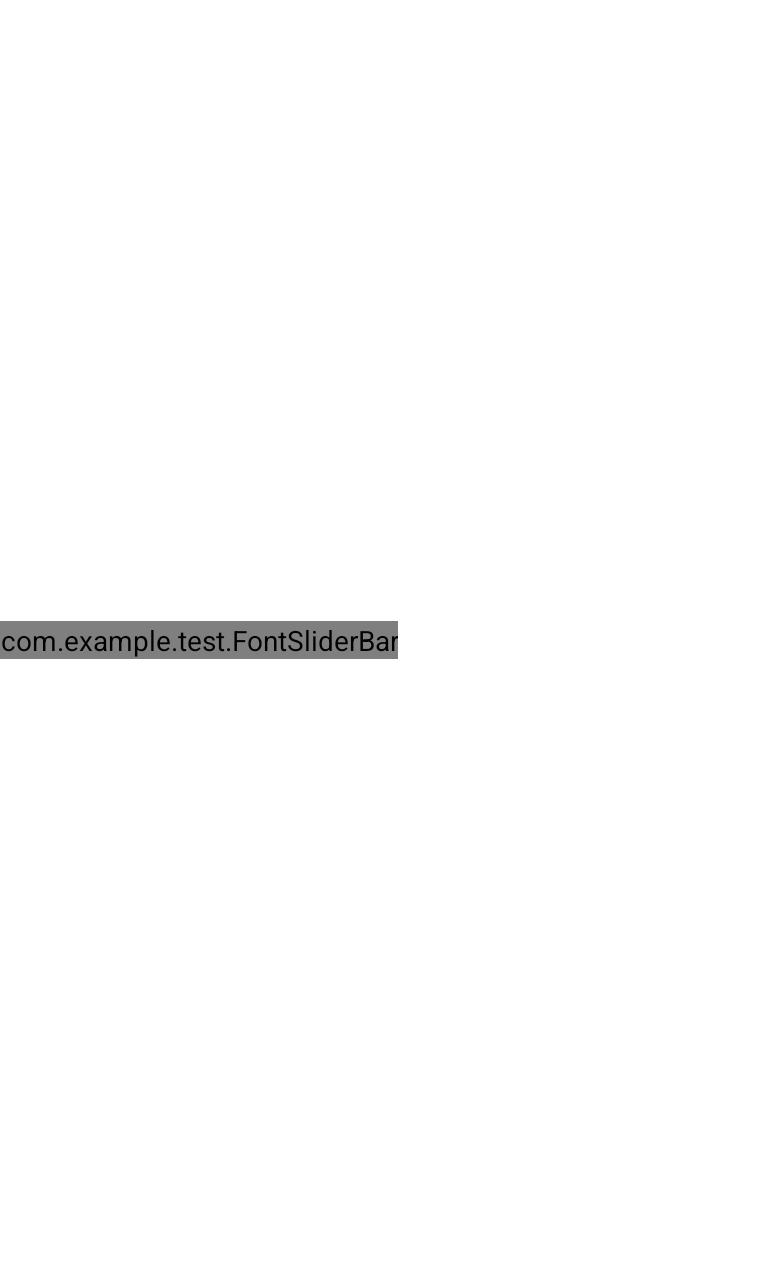
Repository: MichaelChansn/HostAndSlave
Layout: Test/res/layout/activity_main.xml
An editor plug-in stored every save of this project. The layout is shown before and after the next save, followed by the edit.
Pictures or frames that could not be fetched are drawn as grey boxes. It is drawn on a 768 x 1280 px phone screen (xhdpi) without system bars, with theme AppTheme; the app's code is not run.

Above is the layout before, as saved 2016-08-22 08:43:30.

After the next save:
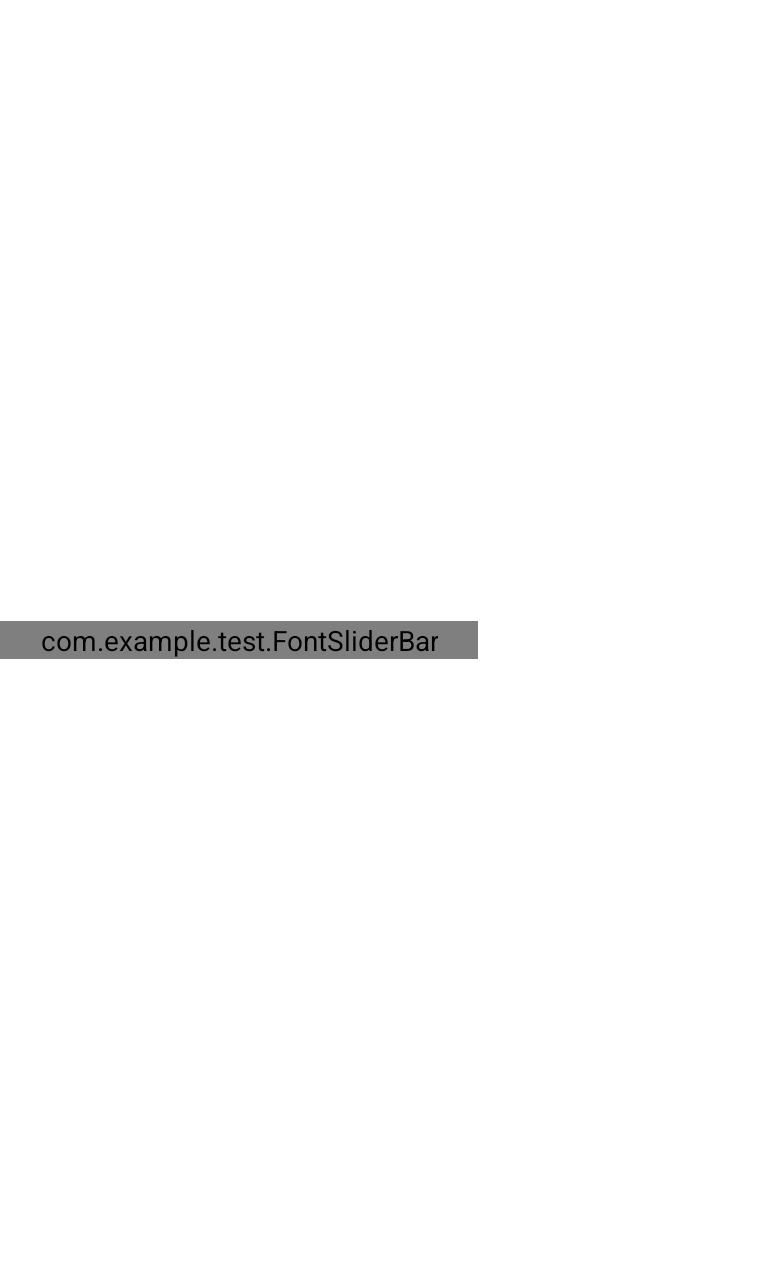
Saved 53 s later.
--- a/Test/res/layout/activity_main.xml
+++ b/Test/res/layout/activity_main.xml
@@ -17,6 +17,8 @@
         android:id="@+id/sliderbar"
         android:layout_centerVertical="true"
         android:layout_width="wrap_content"
+        android:paddingLeft="20dp"
+        android:paddingRight="20dp"
         android:layout_height="wrap_content"
         />
 </RelativeLayout>
